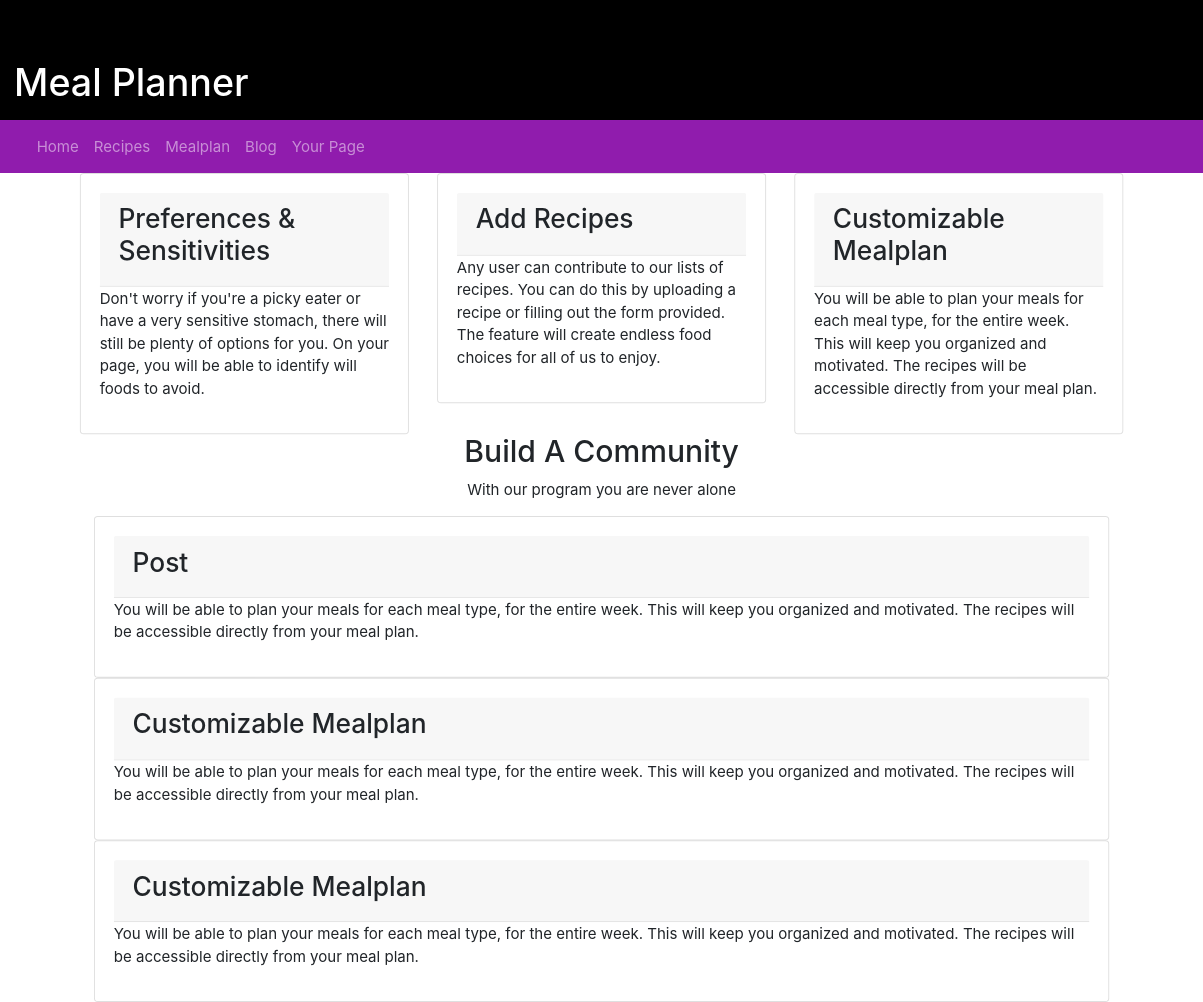
Repository: madisonisfan/mealplanner-react
Page: /home
An editor plug-in stored every save of this project. The page is shown before and after the next save, followed by the edit.
The browser window is 1280 px wide. The pictures show the whole page, at 94% of full size.
The project was rebuilt for these pictures with package versions that can differ from the ones it lists, and the page was loaded fresh each time.

Above is the page before, as saved 2021-04-18 13:51:59.

After the next save:
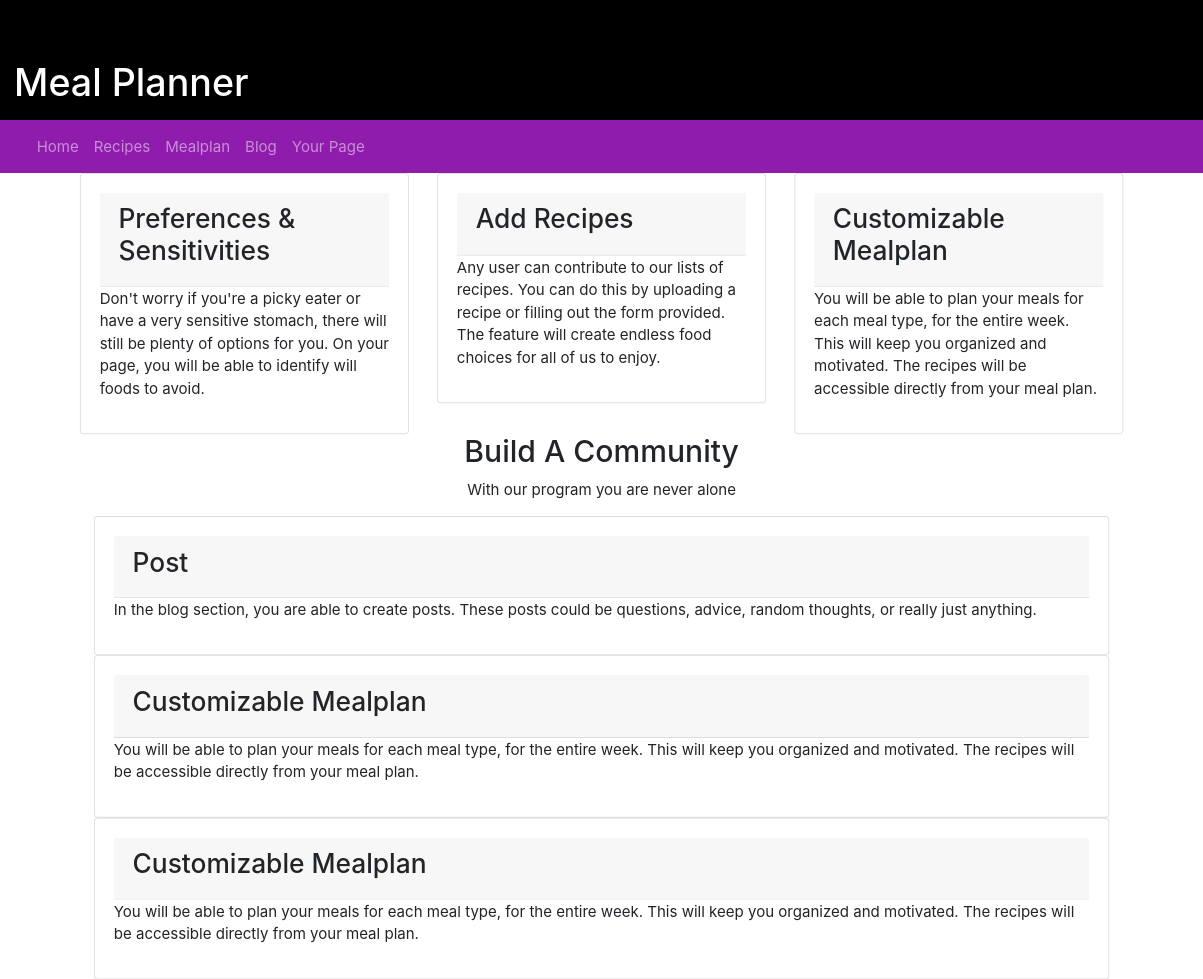
Saved 8 s later.
--- a/src/components/HomeComponent.js
+++ b/src/components/HomeComponent.js
@@ -68,9 +68,9 @@ function Home(props) {
               <h3>Post</h3>
             </CardHeader>
             <p>
-              You will be able to plan your meals for each meal type, for the
-              entire week. This will keep you organized and motivated. The
-              recipes will be accessible directly from your meal plan.
+              In the blog section, you are able to create posts. These posts
+              could be questions, advice, random thoughts, or really just
+              anything.
             </p>
           </CardBody>
         </Card>
